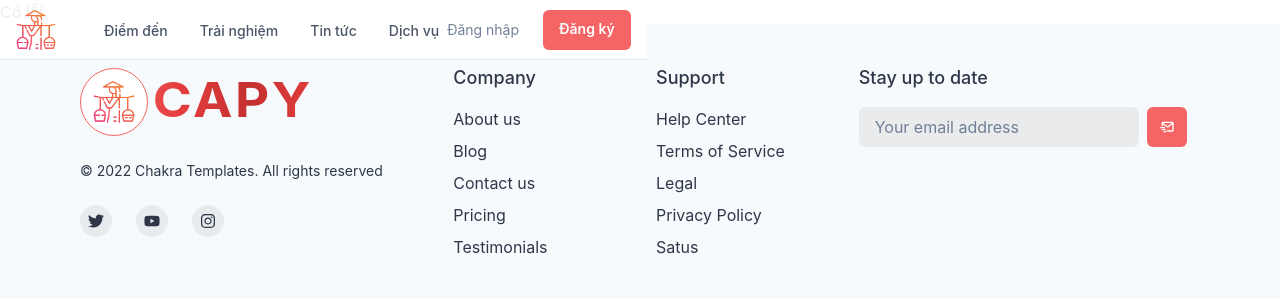
Repository: luannguyenhoang/trevel-capy
Page: /mienTrungPage
These files come from the project's save history. The page is drawn as it stood at one moment and after a run of saves; the edit follows.
The browser window is 1280 px wide. The pictures show the whole page.
The page's requests for data from a server got no answer. The project was rebuilt for these pictures with package versions that can differ from the ones it lists, and the page was loaded fresh each time. The framework's server and built-in components were replaced by stand-ins that run in the browser. No one was signed in, and anything a server would have sent is missing. Also part of the build but not shown: next.config.ts, src/app/components/molecules/Cart.tsx, src/utils/replaceSeoRM.ts, src/components/molecules/Metadata.tsx, src/components/molecules/ScrollAnimation.tsx, src/components/molecules/Title.tsx, src/app/components/molecules/ScrollAnimation.tsx, src/app/mienBac/DestinationGroup.tsx and 2 more.

Above is the page before, as saved 2025-03-28 08:26:04.

After the next 7 saves:
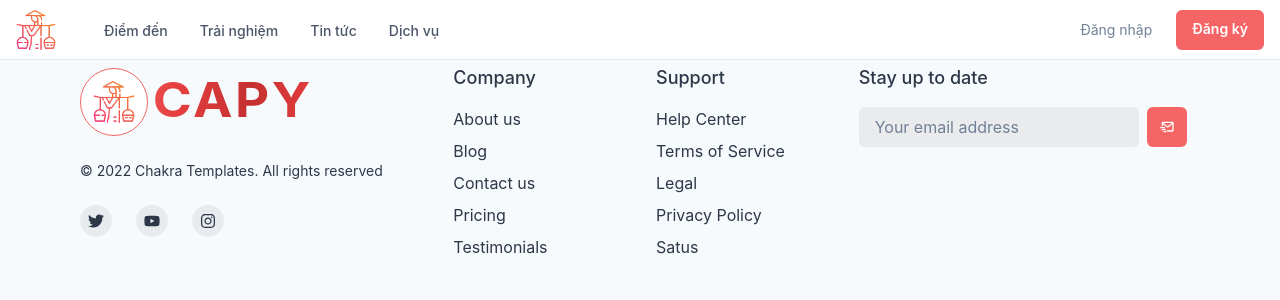
The 7 saves are shown as one change because they came seconds apart.
The last was saved 29 s later.
--- a/src/app/components/organisms/Header.tsx
+++ b/src/app/components/organisms/Header.tsx
@@ -54,7 +54,7 @@ export default function Header() {
 
   return (
     <div>
-       <Box position="fixed">
+       <Box position="fixed" w={"100%"} zIndex={1000} bg={"white"} top={0}>
       <Flex
         bg={useColorModeValue("whiteAlpha.900", "gray.800")}
         minH={"60px"}
